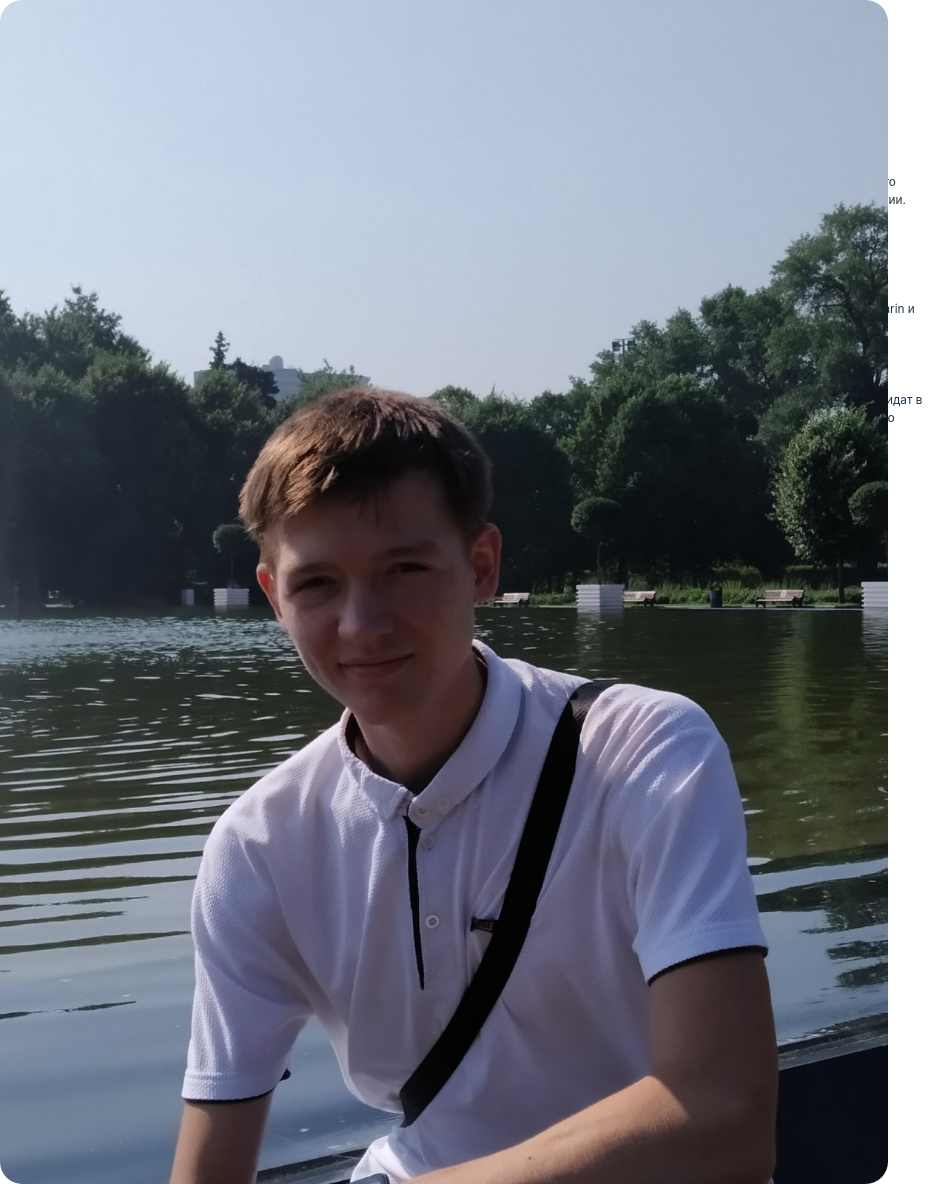
Repository: HubOl01/my_profile
Page: /
The author's editor kept a copy of each file at every save. The page is drawn from the files as they stood at one save, then again after a run of saves.
The browser window is 1280 px wide. The pictures show the whole page, at 74% of full size.
The project was rebuilt for these pictures with package versions that can differ from the ones it lists, and the page was loaded fresh each time. Also part of the build but not shown: vite.config.ts.

Above is the page before, as saved 2024-03-06 08:40:32.

After the next 2 saves:
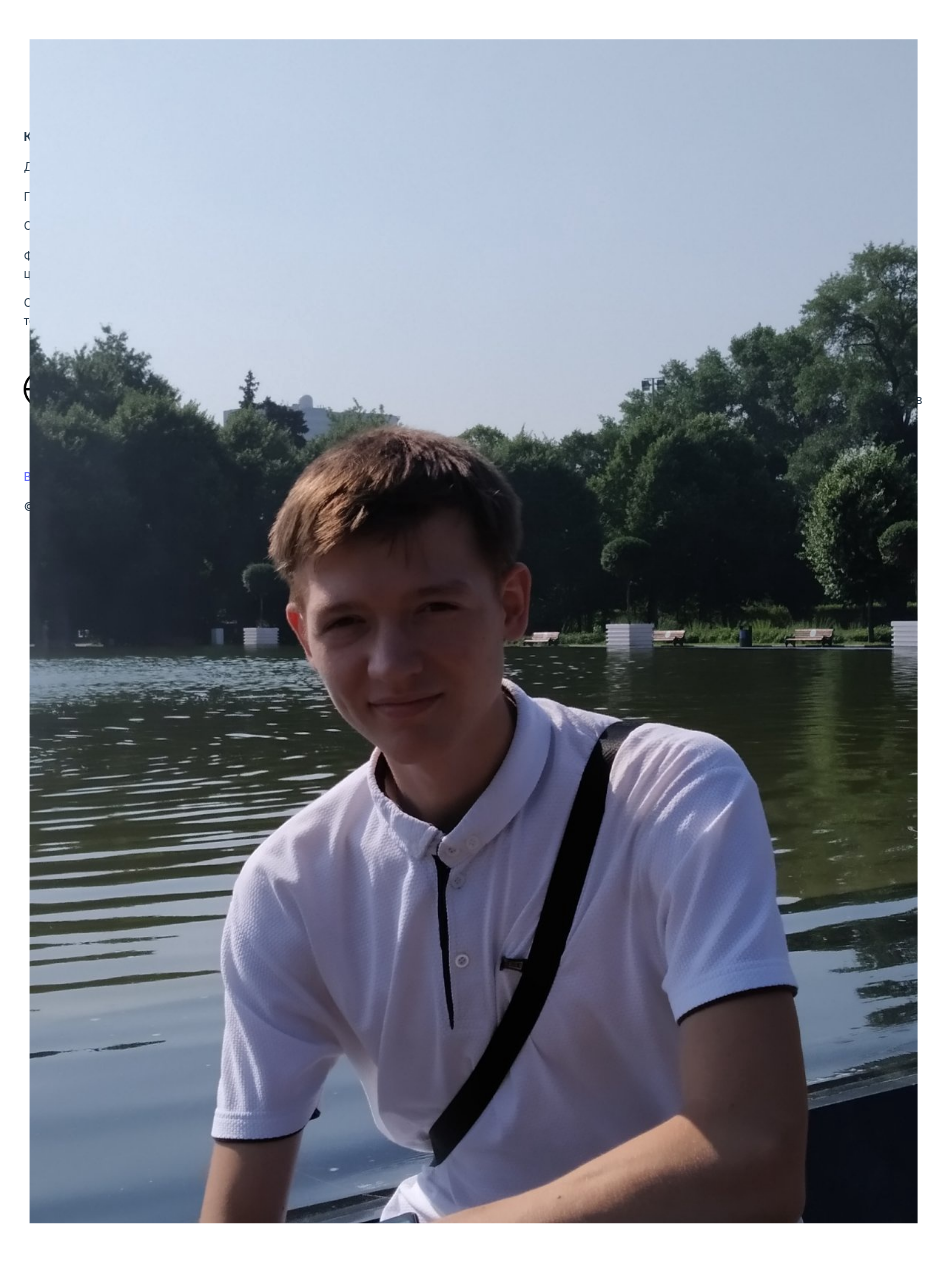
The 2 saves are shown as one change because they came seconds apart.
The last was saved 8 s later.
--- a/src/components/left/LeftBar.tsx
+++ b/src/components/left/LeftBar.tsx
@@ -23,7 +23,7 @@ const LeftBar = () => {
               // position: "absolute",
               left: 0,
               top: 0,
-              with: "100%", //auto
+              width: "100%", //auto
               // maxWidth:"100%"
               objectFit: "scale-down"
               // backgroundSize: 'contain',
